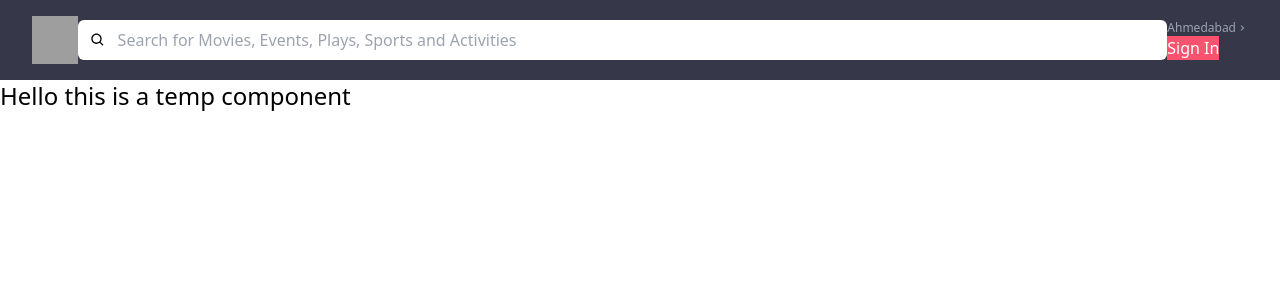
Repository: srush-shah/book-my-show-clone
Page: /
These files come from the project's save history. The page is drawn as it stood at one moment and after a run of saves; the edit follows.
The browser window is 1280 px wide. The pictures show the whole page.
Pictures or frames that could not be fetched are drawn as grey boxes. The project was rebuilt for these pictures with package versions that can differ from the ones it lists, and the page was loaded fresh each time.

Above is the page before, as saved 2022-11-23 02:27:30.

After the next 2 saves:
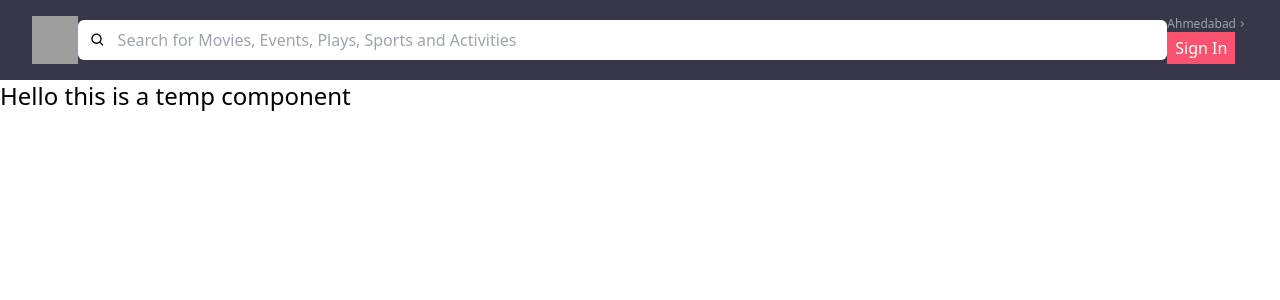
The 2 saves are shown as one change because they came seconds apart.
The last was saved 6 s later.
--- a/src/components/Navbar/navbar.component.jsx
+++ b/src/components/Navbar/navbar.component.jsx
@@ -55,7 +55,9 @@ const NavLg = () => {
           <span className="text-gray-400 text-xs flex items-center">
             Ahmedabad <BiChevronRight />
           </span>
-          <button className="bg-bmsRed-300 text-white px">Sign In</button>
+          <button className="bg-bmsRed-300 text-white px-2 py-1">
+            Sign In
+          </button>
         </div>
       </div>
     </>
